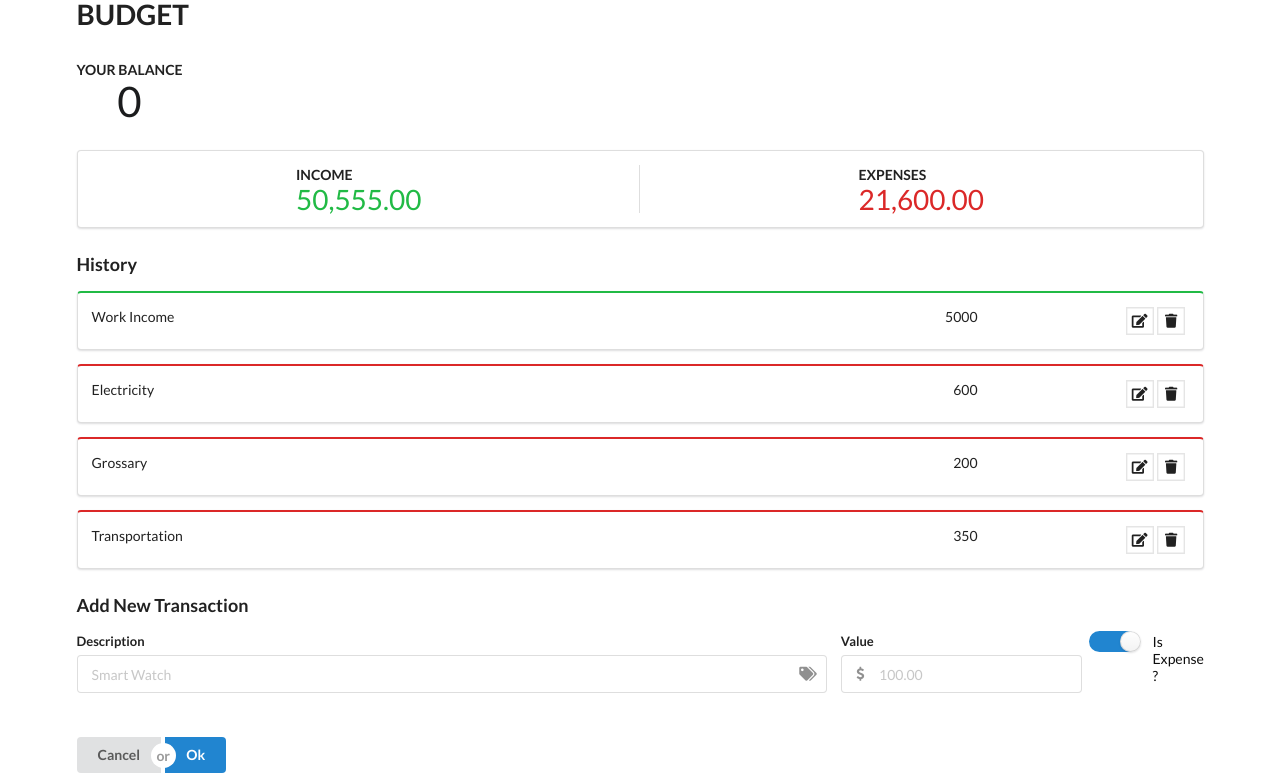
Repository: farrdy/budgets-react
Page: /
An editor plug-in stored every save of this project. The page is shown before and after the next save, followed by the edit.
The browser window is 1280 px wide. The pictures show the whole page.
The project was rebuilt for these pictures with package versions that can differ from the ones it lists, and the page was loaded fresh each time.

Above is the page before, as saved 2022-03-29 16:37:21.

### src/App.js
import { Container, Header } from "semantic-ui-react";
import MainHeader from "./components/MainHeader";
import NewEntryForm from "./components/NewEntryForm";
import DisplayBalance from "./components/DisplayBalance";
import DisplayBalances from "./components/DisplayBalances";
import { useEffect, useState } from "react";
import EntryLines from "./components/EntryLines";
import ModalEdit from "./components/ModalEdit";

function App() {
  const [entries, setEntries] = useState(initialEntries);
  const [Description, setDescription] = useState("");
  const [Value, setValue] = useState("");
  const [isExpense, setIsExpense] = useState(true);
  const [isOpen, setIsOpen] = useState(false);
  const [entryId, setEntryId] = useState();
  const [totalIncome, setTotalIncome] = useState(0);
  const [totalExpense, setTotalExpense] = useState(0);
  const [total, setTotal] = useState(0);

  useEffect(() => {
    if (!isOpen && entryId) {
      const index = entries.findIndex((entry) => entry.id === entryId);
      const newEntries = [...entries];
      newEntries[index].Description = Description;
      newEntries[index].Value = Value;
      newEntries[index].isExpense = isExpense;
      setEntries(newEntries);
      resetEntry();
    }
  }, [isOpen]);

  useEffect(() => {
    let totalExpenses = 0;
    let totalIncomes = 0;
    entries.map((entry) => {
      if (entry.isExpense) {
        totalExpenses += entry.Value;

        return totalExpenses;
      } else {
        totalIncomes += entry.Value;

        return totalIncomes;
      }
    });
    setTotalExpense(totalExpenses);
    setTotalIncome(totalIncomes);
    setTotal(totalIncome - totalExpense);
  }, [entries]);

  function deleteEntry(id) {
    const result = entries.filter((entry) => entry.id !== id);
    setEntries(result);
  }

  function addEntry() {
    const result = entries.concat({
      id: entries.length + 1,
      Description: Description,
      Value: Value,
      isExpense: isExpense,
    });

    console.log(`result`, result);
    console.log(`entries`, entries);
    setEntries(result);
  }

  function resetEntry() {
    setDescription("");
    setValue("");
    setIsExpense(true);
  }

  function editEntry(id) {
    console.log(`Edit entry with id ${id}`);
    if (id) {
      const index = entries.findIndex((entr) => entr.id === id);
      const entry = entries[index];
      setEntryId(id);
      setDescription(entry.Description);
      setValue(entry.Value);
      setIsExpense(entry.isExpense);
      setIsOpen(true);
      console.log(Description, Value);
    }
  }
  return (
    <Container>
      <MainHeader />
      <DisplayBalance
        title="Your Balance"
        Value={total}
        Color="black"
        size="small"
      />
      <DisplayBalances />
      <Header as="h3">History</Header>
      <EntryLines
        entries={entries}
        deleteEntry={deleteEntry}
        setIsOpen={setIsOpen}
        editEntry={editEntry}
      />
      <Header as="h3">Add New Transaction</Header>
      <NewEntryForm
        addEntry={addEntry}
        description={Description}
        value={Value}
        setDescription={setDescription}
        setValue={setValue}
        isExpense={isExpense}
        setIsExpense={setIsExpense}
      />
      <ModalEdit
        isOpen={isOpen}
        setIsOpen={setIsOpen}
        Description={Description}
        Value={Value}
        setDescription={Description}
        setValue={Value}
        isExpense={isExpense}
        setIsExpense={setIsExpense}
      />
    </Container>
  );
}

export default App;

var initialEntries = [
  {
    id: 1,
    Description: "Work Income",
    Value: 5000,
    isExpense: false,
  },
  {
    id: 2,
    Description: "Electricity",
    Value: 600,
    isExpense: true,
  },
  {
    id: 3,
    Description: "Grossary",
    Value: 200,
    isExpense: true,
  },
  {
    id: 4,
    Description: "Transportation",
    Value: 350,
    isExpense: true,
  },
];

### src/components/MainHeader.js
import React from 'react';
import { Header } from 'semantic-ui-react';

function MainHeader(props) {
    return <Header as='h1'>BUDGET</Header>
}

export default MainHeader;

### src/components/NewEntryForm.js
import React from "react";
import { Checkbox, Form, Segment } from "semantic-ui-react";
import ButtonSaveOrCancel from "./ButtonSaveOrCancel";
import EntryForm from "./EntryForm";

function NewEntryForm({
  addEntry,
  description,
  value,
  setDescription,
  setValue,
  isExpense,
  setIsExpense,
}) {
  return (
    <Form unstackable>
      <EntryForm
        description={description}
        value={value}
        setDescription={setDescription}
        setValue={setValue}
        isExpense={isExpense}
        setIsExpense={setIsExpense}
      />

      <ButtonSaveOrCancel addEntry={addEntry} />
    </Form>
  );
}

export default NewEntryForm;

### src/components/DisplayBalance.js
import React from 'react';
import { Statistic } from 'semantic-ui-react'

function DisplayBalance({ title, Value, Color = "black", size = 'tiny' }) {
    return (
        <Statistic size={size} color={Color}>
            <Statistic.Label style={{ textAlign: 'left' }}>
                {title}
            </Statistic.Label>
            <Statistic.Value>
                {Value}
            </Statistic.Value>

        </Statistic>
    );
}

export default DisplayBalance;

### src/components/DisplayBalances.js
import React from 'react';
import { Grid, Segment } from 'semantic-ui-react';
import DisplayBalance from './DisplayBalance';

const DisplayBalances = () => {
    return (
        <Segment textAlign='center'>
        <Grid columns={2} divided>
          <Grid.Row>
            <Grid.Column>
              <DisplayBalance title="Income" Value="50,555.00" Color="green" />
            </Grid.Column>
            <Grid.Column>
              <DisplayBalance title="Expenses" Value="21,600.00" Color="red" /></Grid.Column>
          </Grid.Row>
        </Grid>
      </Segment>
    );
};

export default DisplayBalances;

### src/components/EntryLines.js
import React from "react";
import { Container } from "semantic-ui-react";
import EntryLine from "./EntryLine";

const EntryLines = ({ entries, deleteEntry, setIsOpen, editEntry }) => {
  return (
    <Container>
      {entries.map((entry) => (
        <EntryLine
          key={entry.id}
          {...entry}
          deleteEntry={deleteEntry}
          setIsOpen={setIsOpen}
          editEntry={editEntry}
        />
      ))}
    </Container>
  );
};

export default EntryLines;

### src/components/ModalEdit.js
import React from "react";
import { Button, Modal } from "semantic-ui-react";
import EntryForm from "./EntryForm";

function ModalEdit({
  isOpen,
  setIsOpen,
  editEntry,
  Description,
  Value,
  setDescription,
  setValue,
  isExpense,
  setIsExpense,
}) {
  return (
    <Modal open={isOpen}>
      <Modal.Header>Edit Entry</Modal.Header>
      <Modal.Content>
        <EntryForm
          description={Description}
          value={Value}
          setDescription={setDescription}
          setValue={setValue}
          isExpense={isExpense}
          setIsExpense={setIsExpense}
          // editEntry={editEntry}
        />
      </Modal.Content>
      <Modal.Actions>
        <Button onClick={() => setIsOpen(false)}>Close</Button>
        <Button onClick={() => setIsOpen(false)} positive>
          Ok
        </Button>
      </Modal.Actions>
    </Modal>
  );
}

export default ModalEdit;

### src/components/ButtonSaveOrCancel.js
import React from "react";
import { Button } from "semantic-ui-react";

function ButtonSaveOrCancel({ addEntry }) {
  return (
    <Button.Group style={{ marginTop: 30 }}>
      <Button>Cancel</Button>
      <Button.Or></Button.Or>
      <Button primary onClick={() => addEntry()}>
        Ok
      </Button>
    </Button.Group>
  );
}

export default ButtonSaveOrCancel;

### src/components/EntryForm.js
import React, { Fragment } from "react";
import { Checkbox, Form } from "semantic-ui-react";

export default function EntryForm({
  description,
  setDescription,
  setValue,
  isExpense,
  setIsExpense,
  value,
}) {
  return (
    <Fragment>
      <Form.Group>
        <Form.Input
          icon="tags"
          width={12}
          label="Description"
          placeholder="Smart Watch"
          value={description}
          onChange={(event) => setDescription(event.target.value)}
        />
        <Form.Input
          icon="dollar"
          width={4}
          label="Value"
          iconPosition="left"
          placeholder="100.00"
          value={value}
          onChange={(event) => setValue(event.target.value)}
        />

        <Checkbox
          toggle
          label="Is Expense ?"
          checked={isExpense}
          onChange={() => setIsExpense((oldState) => !oldState)}
        />
      </Form.Group>
    </Fragment>
  );
}

### src/components/EntryLine.js
import React, { Fragment } from 'react';
import {  Grid, Icon, Segment } from 'semantic-ui-react';


const EntryLine = ({id, Description, Value, isExpense=false, deleteEntry, setIsOpen, editEntry}) => {

    return (
      <Fragment>
      <Segment color={isExpense? 'red':'green'}>
        <Grid columns={3} textAlign='right'>
          <Grid.Row>
            <Grid.Column width={10} textAlign='left'>{Description}</Grid.Column>
            <Grid.Column width={3} textAlign='right'>{Value}</Grid.Column>
            <Grid.Column width={3}>
              <Icon name='edit' bordered  onClick={()=>editEntry(id)}/>
              <Icon name='trash' bordered onClick={()=>deleteEntry(id)} />
            </Grid.Column>
          </Grid.Row>
        </Grid>
      </Segment>

      </Fragment>

    );
};

export default EntryLine;

Loaded but not shown: public/index.html (common file); src/index.js (common file); src/index.css (common file); src/reportWebVitals.js (common file)

After the next save:
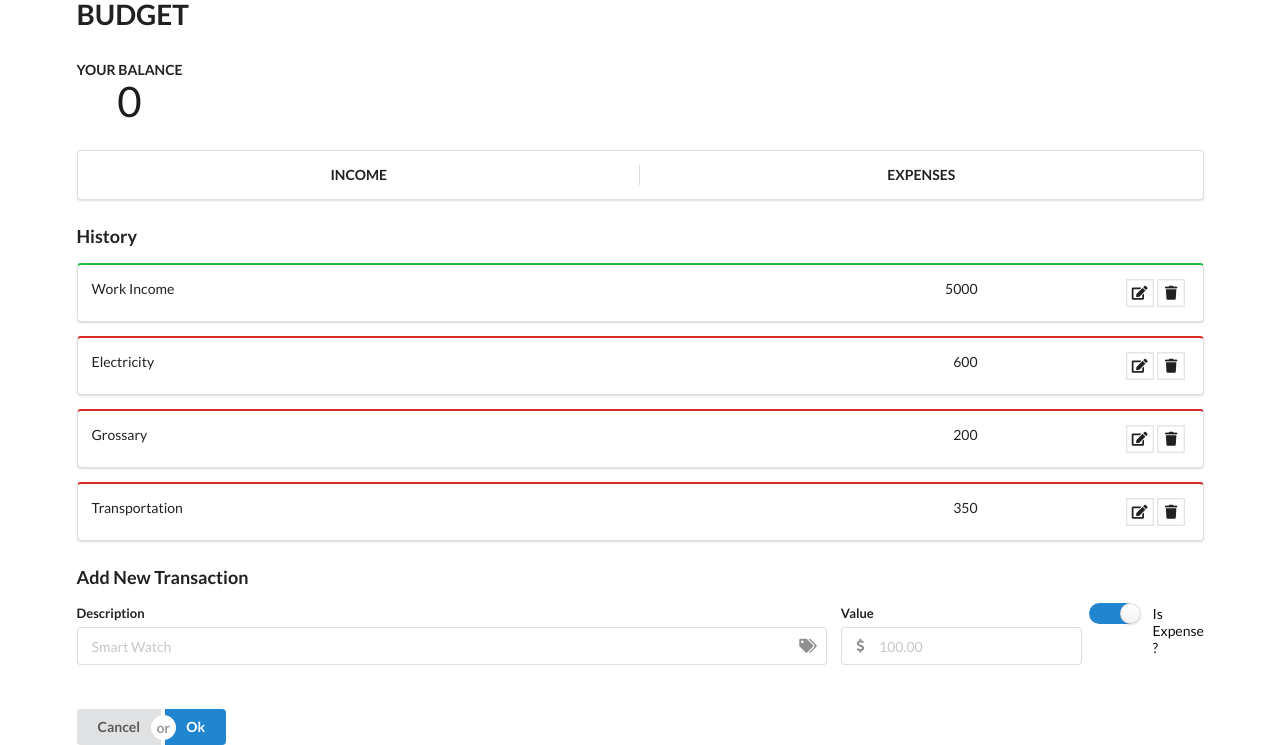
Saved 107 s later.
--- a/src/components/DisplayBalances.js
+++ b/src/components/DisplayBalances.js
@@ -1,21 +1,22 @@
-import React from 'react';
-import { Grid, Segment } from 'semantic-ui-react';
-import DisplayBalance from './DisplayBalance';
+import React from "react";
+import { Grid, Segment } from "semantic-ui-react";
+import DisplayBalance from "./DisplayBalance";
 
-const DisplayBalances = () => {
-    return (
-        <Segment textAlign='center'>
-        <Grid columns={2} divided>
-          <Grid.Row>
-            <Grid.Column>
-              <DisplayBalance title="Income" Value="50,555.00" Color="green" />
-            </Grid.Column>
-            <Grid.Column>
-              <DisplayBalance title="Expenses" Value="21,600.00" Color="red" /></Grid.Column>
-          </Grid.Row>
-        </Grid>
-      </Segment>
-    );
+const DisplayBalances = ({ totalExpense, totalIncome }) => {
+  return (
+    <Segment textAlign="center">
+      <Grid columns={2} divided>
+        <Grid.Row>
+          <Grid.Column>
+            <DisplayBalance title="Income" Value={totalIncome} Color="green" />
+          </Grid.Column>
+          <Grid.Column>
+            <DisplayBalance title="Expenses" Value={totalExpense} Color="red" />
+          </Grid.Column>
+        </Grid.Row>
+      </Grid>
+    </Segment>
+  );
 };
 
 export default DisplayBalances;
